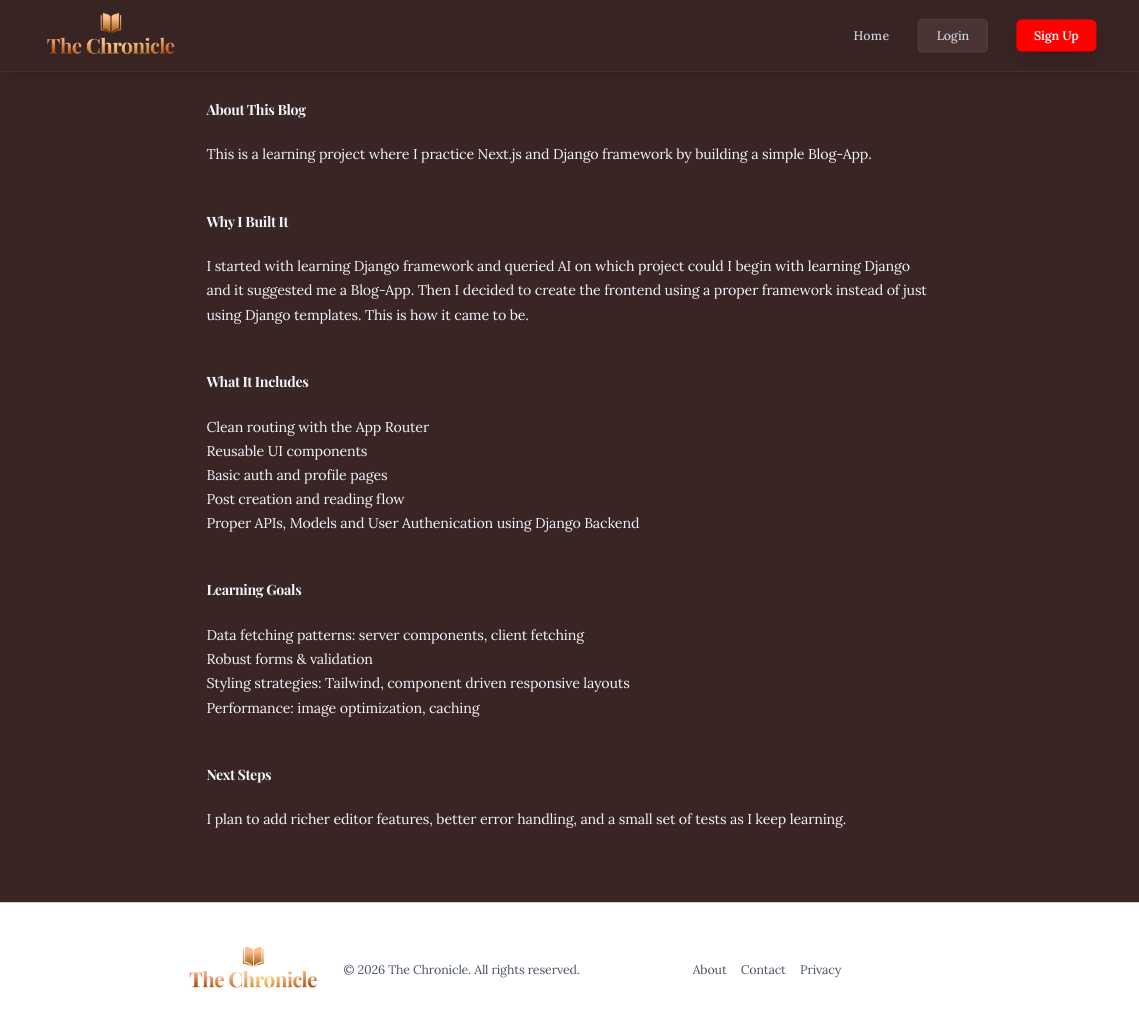
Repository: swaruplamsal/BasicBlogApp
Page: /about (app in blog-frontend/)
An editor plug-in stored every save of this project. The page is shown before and after the next save, followed by the edit.
The browser window is 1280 px wide. The pictures show the whole page, at 89% of full size.
The page's requests for data from a server got no answer. The project was rebuilt for these pictures with package versions that can differ from the ones it lists, and the page was loaded fresh each time. The framework's server and built-in components were replaced by stand-ins that run in the browser. No one was signed in, and anything a server would have sent is missing. Also part of the build but not shown: blog-frontend/next.config.mjs, blog-frontend/app/components/Avatar.js.

Above is the page before, as saved 2026-02-07 21:02:35.

After the next save:
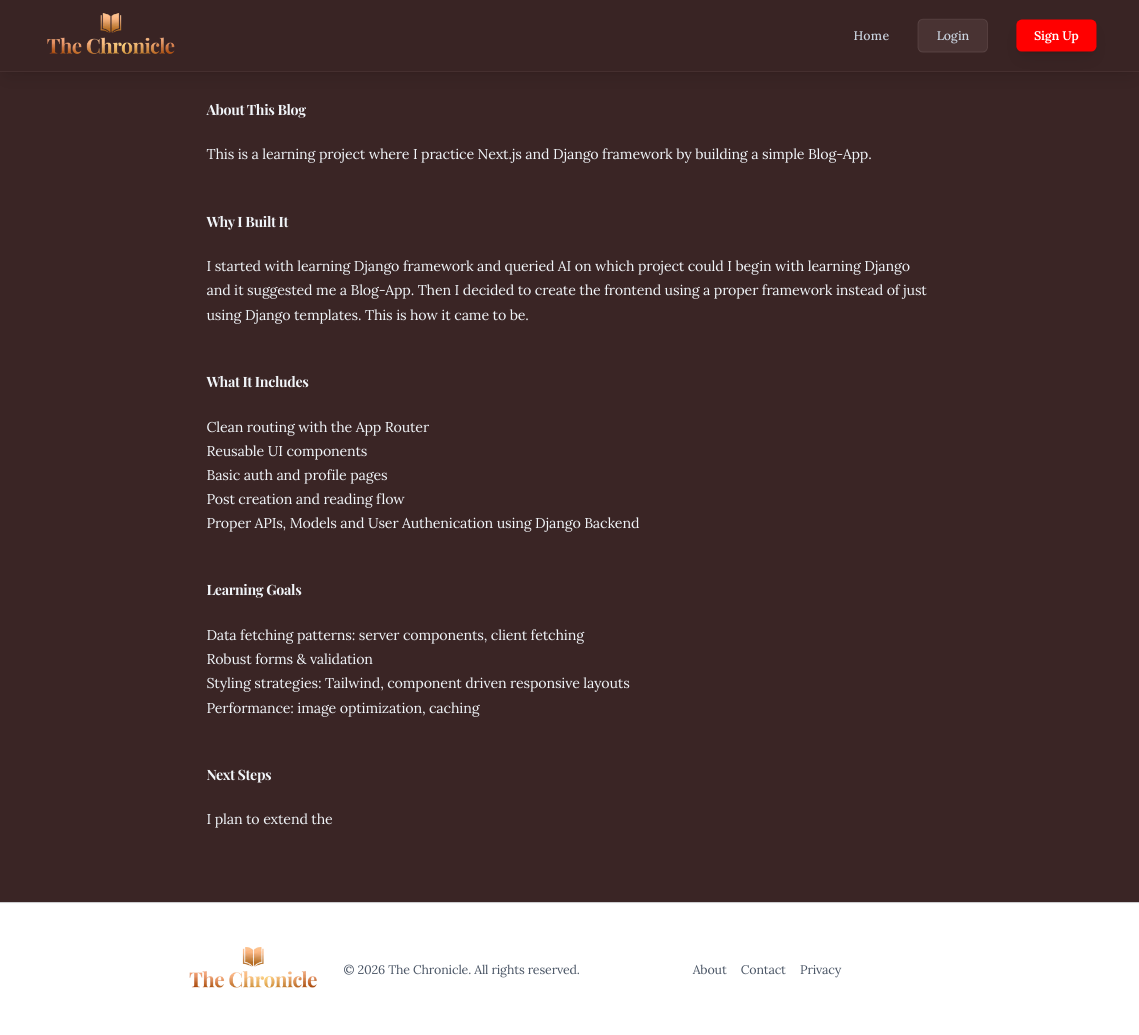
Saved 20 s later.
--- a/blog-frontend/app/about/page.js
+++ b/blog-frontend/app/about/page.js
@@ -64,8 +64,7 @@ export default function About() {
           <h2>Next Steps</h2>
           <br />
           <p>
-            I plan to add richer editor features, better error handling, and a
-            small set of tests as I keep learning.
+            I plan to extend the
           </p>
         </section>
       </main>
